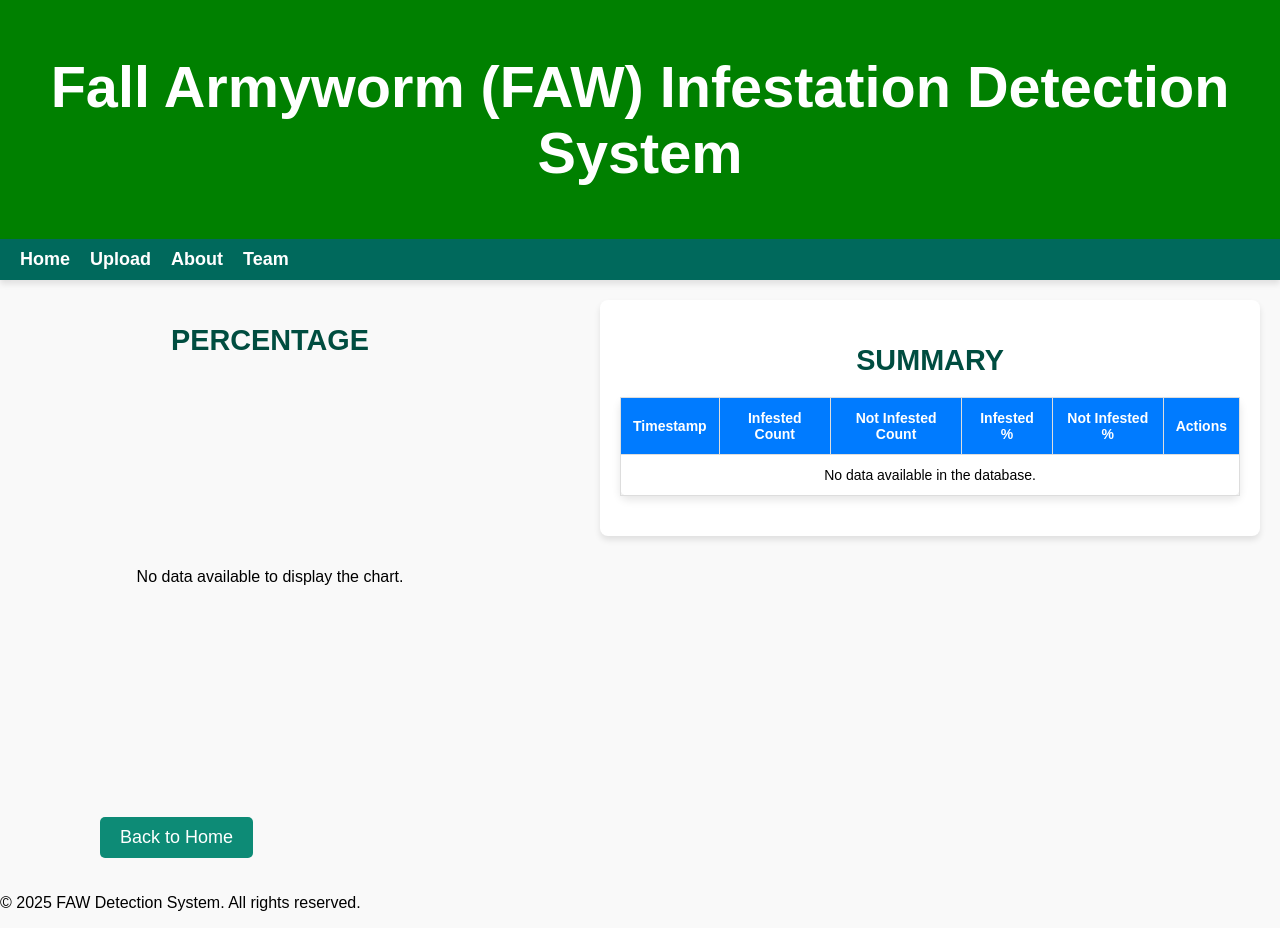
Repository: jansen223/faw-detection-main
Page: /summary
An editor plug-in stored every save of this project. The page is shown before and after the next save, followed by the edit.
The browser window is 1280 px wide. The pictures show the whole page.
The page's requests for data from a server got no answer. The project was rebuilt for these pictures with package versions that can differ from the ones it lists, and the page was loaded fresh each time. No one was signed in, and anything a server would have sent is missing. Also part of the build but not shown: src/pages/Home.css, src/pages/Home.js, src/pages/About.css, src/pages/About.js, src/pages/Team.css, src/pages/Team.js, src/pages/UploadAndDetect.js.

Above is the page before, as saved 2025-04-29 20:14:21.

### public/index.html
<!DOCTYPE html>
<html lang="en">
<head>
  <meta charset="utf-8" />
  <link rel="icon" href="%PUBLIC_URL%/maize_icon.jpg" />
  <meta name="viewport" content="width=device-width, initial-scale=1" />
  <meta name="theme-color" content="#000000" />
  <meta name="description" content="FAW Detection Web Interface" />
  <title>FAW Detection</title>
</head>
<body>
  <noscript>You need to enable JavaScript to run this app.</noscript>
  <div id="root"></div>
</body>
</html>

### src/App.js
import React, { useRef } from 'react';
import { BrowserRouter as Router, Routes, Route, Link } from 'react-router-dom';
import Home from './pages/Home';
import About from './pages/About';
import Team from './pages/Team';
import Summary from './pages/Summary';
import UploadAndDetect from './pages/UploadAndDetect';
import './App.css';

function App() {
  const canvasRef = useRef(null);
  const [counts, setCounts] = React.useState({ infested: 0, notInfested: 0 });

  const resetCounts = async () => {
    try {
      const response = await fetch('http://localhost:5000/reset_counts', {
        method: 'POST',
      });
      const data = await response.json();
      if (data.message) {
        setCounts({ infested: 0, notInfested: 0 });
        alert(data.message);
      }
    } catch (error) {
      console.error('Error resetting counts:', error);
    }
  };

  return (
    <Router>
      <div className="App">
        <header className="App-header">
          <h1>Fall Armyworm (FAW) Infestation Detection System</h1>
        </header>
        <nav className="App-navbar">
          <ul>
            <li><Link to="/">Home</Link></li>
            <li><Link to="/upload-and-detect">Upload</Link></li> {/* New button */}
            <li><Link to="/about">About</Link></li>
            <li><Link to="/team">Team</Link></li>
          </ul>
        </nav>
        <Routes>
          <Route path="/" element={<Home canvasRef={canvasRef} counts={counts} resetCounts={resetCounts} />} />
          <Route path="/upload-and-detect" element={<UploadAndDetect />} /> {/* New route */}
          <Route path="/about" element={<About />} />
          <Route path="/team" element={<Team />} />
          <Route path="/summary" element={<Summary />} />
        </Routes>
        <footer className="App-footer">
          <p>&copy; 2025 FAW Detection System. All rights reserved.</p>
        </footer>
      </div>
    </Router>
  );
}

export default App;

### src/pages/Summary.js
import React, { useEffect, useState } from 'react';
import { Pie } from 'react-chartjs-2';
import { Chart as ChartJS, ArcElement, Tooltip } from 'chart.js';
import ChartDataLabels from 'chartjs-plugin-datalabels';
import { useNavigate } from 'react-router-dom';
import './Summary.css';

// Register Chart.js components and the plugin
ChartJS.register(ArcElement, Tooltip, ChartDataLabels);

function SummaryAndPercentages() {
  const [summaries, setSummaries] = useState([]);
  const [percentages, setPercentages] = useState({ infested: 0, notInfested: 0 });
  const navigate = useNavigate();

  useEffect(() => {
    // Fetch summaries from the backend
    fetch('http://192.168.254.113:5000/get_summaries')
      .then((response) => response.json())
      .then((data) => {
        console.log('Summaries (raw):', data); // Debugging
        const formattedSummaries = data
          .map((item) => {
            const total = item[2] + item[3]; // Total count (infested + not infested)
            const infestedPercentage = total > 0 ? ((item[2] / total) * 100).toFixed(2) : 0; // Calculate infested percentage
            const notInfestedPercentage = total > 0 ? ((item[3] / total) * 100).toFixed(2) : 0; // Calculate not infested percentage
            return {
              id: item[0],
              timestamp: item[1],
              infested_count: item[2],
              not_infested_count: item[3],
              infested_percentage: infestedPercentage,
              not_infested_percentage: notInfestedPercentage,
            };
          })
          .sort((a, b) => new Date(b.timestamp) - new Date(a.timestamp)); // Sort by timestamp (latest first)
        console.log('Summaries (formatted and sorted):', formattedSummaries); // Debugging
        setSummaries(formattedSummaries);
      })
      .catch((error) => console.error('Error fetching summaries:', error));
  }, []);

  useEffect(() => {
    // Fetch percentages from the backend
    fetch('http://192.168.254.113:5000/get_percentages')
      .then((response) => response.json())
      .then((data) => {
        console.log('Percentages:', data); // Debugging
        setPercentages({
          infested: parseFloat(data.infested_percentage.toFixed(4)) || 0,
          notInfested: parseFloat(data.not_infested_percentage.toFixed(4)) || 0,
        });
      })
      .catch((error) => console.error('Error fetching percentages:', error));
  }, []);

  const handleDelete = (id) => {
    if (window.confirm('Are you sure you want to delete this summary?')) {
      fetch(`http://192.168.254.113:5000/delete_summary/${id}`, {
        method: 'DELETE',
      })
        .then((response) => response.json())
        .then((data) => {
          console.log(data.message); // Debugging
          // Remove the deleted summary from the state
          setSummaries((prevSummaries) => prevSummaries.filter((summary) => summary.id !== id));
        })
        .catch((error) => console.error('Error deleting summary:', error));
    }
  };

  // Data for the pie chart
  const data = {
    labels: ['Infested', 'Not Infested'],
    datasets: [
      {
        data: [percentages.infested || 0, percentages.notInfested || 0],
        backgroundColor: ['#ffcccb', '#c8e6c9'],
        borderColor: ['#b71c1c', '#1b5e20'],
        borderWidth: 1,
      },
    ],
  };

  // Chart options to display labels on the chart
  const options = {
    plugins: {
      legend: {
        display: false, // Disable the legend
      },
      tooltip: {
        callbacks: {
          label: (tooltipItem) => `${tooltipItem.label}: ${tooltipItem.raw}%`,
        },
      },
      datalabels: {
        color: '#000', // Label color
        font: {
          size: 14, // Font size
          weight: 'bold',
        },
        formatter: (value, context) => {
          const label = context.chart.data.labels[context.dataIndex];
          return `${label}: ${value}%`; // Format the label
        },
      },
    },
  };

  return (
    <div>
      <div className="summary-and-percentages-container">
        <div className="chart-section">
          <h2>PERCENTAGE</h2>
          <div className="chart-wrapper">
            {percentages.infested + percentages.notInfested > 0 ? (
              <Pie data={data} options={options} />
            ) : (
              <p>No data available to display the chart.</p>
            )}
          </div>
        </div>
        <div className="summary-section">
          <h2>SUMMARY</h2>
          <table className="summary-table">
            <thead>
              <tr>
                <th>Timestamp</th>
                <th>Infested Count</th>
                <th>Not Infested Count</th>
                <th>Infested %</th>
                <th>Not Infested %</th>
                <th>Actions</th>
              </tr>
            </thead>
            <tbody>
              {summaries.length > 0 ? (
                summaries.map((summary) => (
                  <tr key={summary.id}>
                    <td>{summary.timestamp}</td>
                    <td>{summary.infested_count}</td>
                    <td>{summary.not_infested_count}</td>
                    <td>{summary.infested_percentage}%</td>
                    <td>{summary.not_infested_percentage}%</td>
                    <td>
                      <button
                        onClick={() => handleDelete(summary.id)}
                        className="delete-button"
                      >
                        Delete
                      </button>
                    </td>
                  </tr>
                ))
              ) : (
                <tr>
                  <td colSpan="6">No data available in the database.</td>
                </tr>
              )}
            </tbody>
          </table>
        </div>
      </div>
      <button onClick={() => navigate('/')} className="back-button">
        Back to Home
      </button>
    </div>
  );
}

export default SummaryAndPercentages;

### src/App.css
html,
body {
  margin: 0;
  padding: 0;
  font-family: 'Arial', sans-serif; /* Use a clean, modern font */
  background-color: #f9f9f9; /* Light background for better readability */
}

.App {
  display: flex;
  flex-direction: column;
  min-height: 100vh;
}

.App-header {
  background-color: green;
  color: white;
  text-align: center;
  font-size: 1.8rem;
  font-weight: bold;
  padding: 15px 0;
}

.App-navbar {
  background-color: #00695c;
  color: white;
  padding: 10px 20px;
  display: flex;
  justify-content: left;
  align-items: center;
  box-shadow: 0 4px 6px rgba(0, 0, 0, 0.1);
}

.App-navbar ul {
  list-style: none;
  display: flex;
  gap: 20px;
  margin: 0;
  padding: 0;
}

.App-navbar li {
  display: inline;
}

.App-navbar a {
  color: white;
  text-decoration: none;
  font-weight: bold;
  font-size: 18px;
}

.App-navbar a:hover {
  text-decoration: underline;
}

### src/pages/Summary.css
.summary-and-percentages-container {
  display: flex;
  flex-wrap: wrap;
  justify-content: center;
  align-items: flex-start;
  width: 100%;
  padding: 20px;
  box-sizing: border-box;
  gap: 80px;
}

.chart-section {
  flex: 1;
  max-width: 500px;
  text-align: center;
  display: flex;
  flex-direction: column;
  align-items: center;
  justify-content: center;
}

.chart-wrapper {
  width: 400px;
  height: 400px;
  display: flex;
  align-items: center;
  justify-content: center;
}

.chart-wrapper canvas {
  width: 100% !important;
  height: 100% !important;
  aspect-ratio: 1 / 1;
}

.chart-section h2 {
  font-size: 1.8rem;
  margin-bottom: 20px;
  color: #004d40;
}

.summary-section {
  flex: 1;
  max-width: 700px;
  padding: 20px;
  box-shadow: 0 4px 6px rgba(0, 0, 0, 0.1);
  background-color: #ffffff;
  border-radius: 8px;
}

.summary-section h2 {
  font-size: 1.8rem;
  margin-bottom: 20px;
  color: #004d40;
  text-align: center;
}

.summary-table {
  width: 100%;
  border-collapse: collapse;
  margin-top: 20px;
}

.summary-table th, .summary-table td {
  border: 1px solid #ddd;
  padding: 10px;
  text-align: center;
  font-size: 1rem;
}

.summary-table th {
  background-color: #0d8b76;
  color: white;
}

.summary-table tr:nth-child(even) {
  background-color: #f2f2f2;
}

.back-button {
  margin: 20px 0 20px 100px;
  margin-top: 20px;
  padding: 10px 20px;
  background-color: #0d8b76;
  color: white;
  border: none;
  border-radius: 5px;
  cursor: pointer;
  font-size: 18px;
  transition: background-color 0.3s ease;
}

.back-button:hover {
  background-color: #004d40;
}

.delete-button {
  padding: 5px 10px;
  background-color: #d83939;
  color: white;
  border: none;
  border-radius: 3px;
  cursor: pointer;
  font-size: 0.9rem;
  transition: background-color 0.3s ease;
}

.delete-button:hover {
  background-color: #b71c1c;
}

### src/pages/UploadAndDetect.css
.upload-and-detect {
  padding: 20px;
  text-align: center;
}

/* Dropzone Styling */
.dropzone {
    border: 2px dashed green;
    border-radius: 8px;
    padding: 20px;
    text-align: center;
    cursor: pointer;
    margin-bottom: 20px;
    background-color: #eaf4ff;
    transition: background-color 0.3s ease;
  }

  .dropzone:hover {
    background-color: #d4e9ff;
  }

  .dropzone p {
    font-size: 16px;
    color: green;
    margin: 0;
  }

  /* Map Container Styling */
  .map-container {
    margin-top: 20px;
    border: 1px solid #ddd;
    border-radius: 8px;
    overflow: hidden;
    background-color: #fff;
  }

  .leaflet-container {
    height: 800px;
    width: 100%;
  }

  /* Image Gallery Styling */
  .image-gallery {
    display: flex;
    flex-wrap: wrap;
    gap: 20px;
    margin: 20px 0;
    justify-content: center;
  }

  .image-item {
    border: 1px solid #ddd;
    border-radius: 8px;
    padding: 10px;
    text-align: center;
    width: 300px;
    cursor: pointer;
    background-color: #fff;
    transition: transform 0.3s ease, box-shadow 0.3s ease;
  }

  .image-item:hover {
    transform: translateY(-5px);
    box-shadow: 0 4px 8px rgba(0, 0, 0, 0.2);
  }

  .image-item img {
    max-width: 100%;
    height: auto;
    border-radius: 8px;
  }

  .image-item.selected {
    border: 2px solid #007bff;
    box-shadow: 0 4px 8px rgba(0, 0, 0, 0.1);
  }

  .image-item h4 {
    margin: 10px 0 5px;
    font-size: 18px;
    color: #333;
  }

  .image-item p {
    margin: 5px 0;
    font-size: 14px;
    color: #555;
  }

  /* Modal Styling */
  .modal {
    position: fixed;
    top: 0;
    left: 0;
    width: 100%;
    height: 100%;
    background: rgba(0, 0, 0, 0.8);
    display: flex;
    justify-content: center;
    align-items: center;
    z-index: 1000;
  }

  .modal-content {
    background: #fff;
    padding: 20px;
    border-radius: 8px;
    max-width: 90%;
    max-height: 90%;
    overflow: auto;
    box-shadow: 0 4px 8px rgba(0, 0, 0, 0.2);
  }

  .modal-content img {
    max-width: 100%;
    height: auto;
    border-radius: 8px;
  }

  /* Loading Overlay Styling */
  .loading-overlay {
    position: fixed;
    top: 0;
    left: 0;
    width: 100%;
    height: 100%;
    background: rgba(255, 255, 255, 0.8);
    display: flex;
    flex-direction: column;
    justify-content: center;
    align-items: center;
    z-index: 1000;
  }

  .spinner {
    border: 8px solid #f3f3f3;
    border-top: 8px solid #007bff;
    border-radius: 50%;
    width: 50px;
    height: 50px;
    animation: spin 1s linear infinite;
  }

  @keyframes spin {
    0% {
      transform: rotate(0deg);
    }
    100% {
      transform: rotate(360deg);
    }
  }

  /* Summary Table Styling */
  .summary-table {
    margin: 20px 0;
    text-align: center;
    background-color: #fff;
    border-radius: 8px;
    padding: 20px;
    box-shadow: 0 4px 8px rgba(0, 0, 0, 0.1);
  }

  .summary-table h2 {
    margin-bottom: 20px;
    font-size: 24px;
    color: #333;
  }

  .summary-table table {
    width: 100%;
    border-collapse: collapse;
    margin: 20px 0;
  }

  .summary-table th, .summary-table td {
    border: 1px solid #ddd;
    padding: 12px;
    font-size: 14px;
  }

  .summary-table th {
    background-color: #007bff;
    color: #fff;
    font-weight: bold;
  }

  .summary-table tr:hover {
    background-color: #f9f9f9;
  }

  .summary-table button {
    background-color: #ff4d4d;
    color: #fff;
    border: none;
    padding: 8px 12px;
    border-radius: 4px;
    cursor: pointer;
    transition: background-color 0.3s ease;
  }

  .summary-table button:hover {
    background-color: #e60000;
  }

Loaded but not shown: src/index.js (common file); src/index.css (common file); src/reportWebVitals.js (common file)

After the next save:
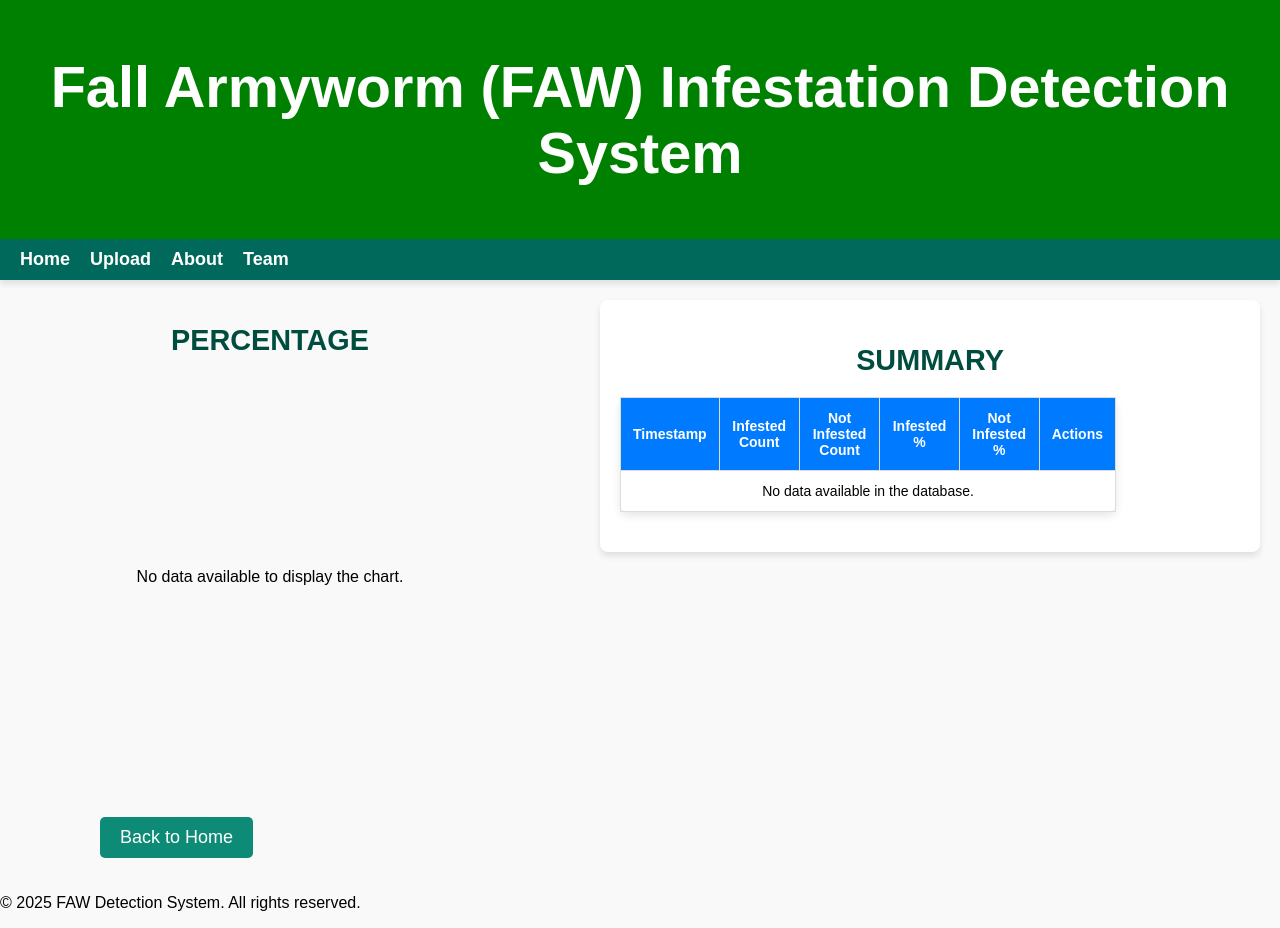
Saved 2 min 23 s later.
--- a/src/pages/Summary.css
+++ b/src/pages/Summary.css
@@ -56,9 +56,10 @@
 }
 
 .summary-table {
-  width: 100%;
+  width: 80%; /* Adjust the width to 80% of the container */
+  max-width: 1000px; /* Set a maximum width for the table */
+  margin: 20px auto; /* Center the table horizontally */
   border-collapse: collapse;
-  margin-top: 20px;
 }
 
 .summary-table th, .summary-table td {
@@ -108,3 +109,20 @@
 .delete-button:hover {
   background-color: #b71c1c;
 }
+.live-summary {
+  margin-bottom: 2rem;
+}
+
+.detection-cards {
+  display: flex;
+  gap: 1rem;
+}
+
+.card {
+  background: #f1f1f1;
+  padding: 1rem;
+  border-radius: 10px;
+  flex: 1;
+  text-align: center;
+  box-shadow: 0 2px 6px rgba(0, 0, 0, 0.1);
+}

After the 5 saves that followed:
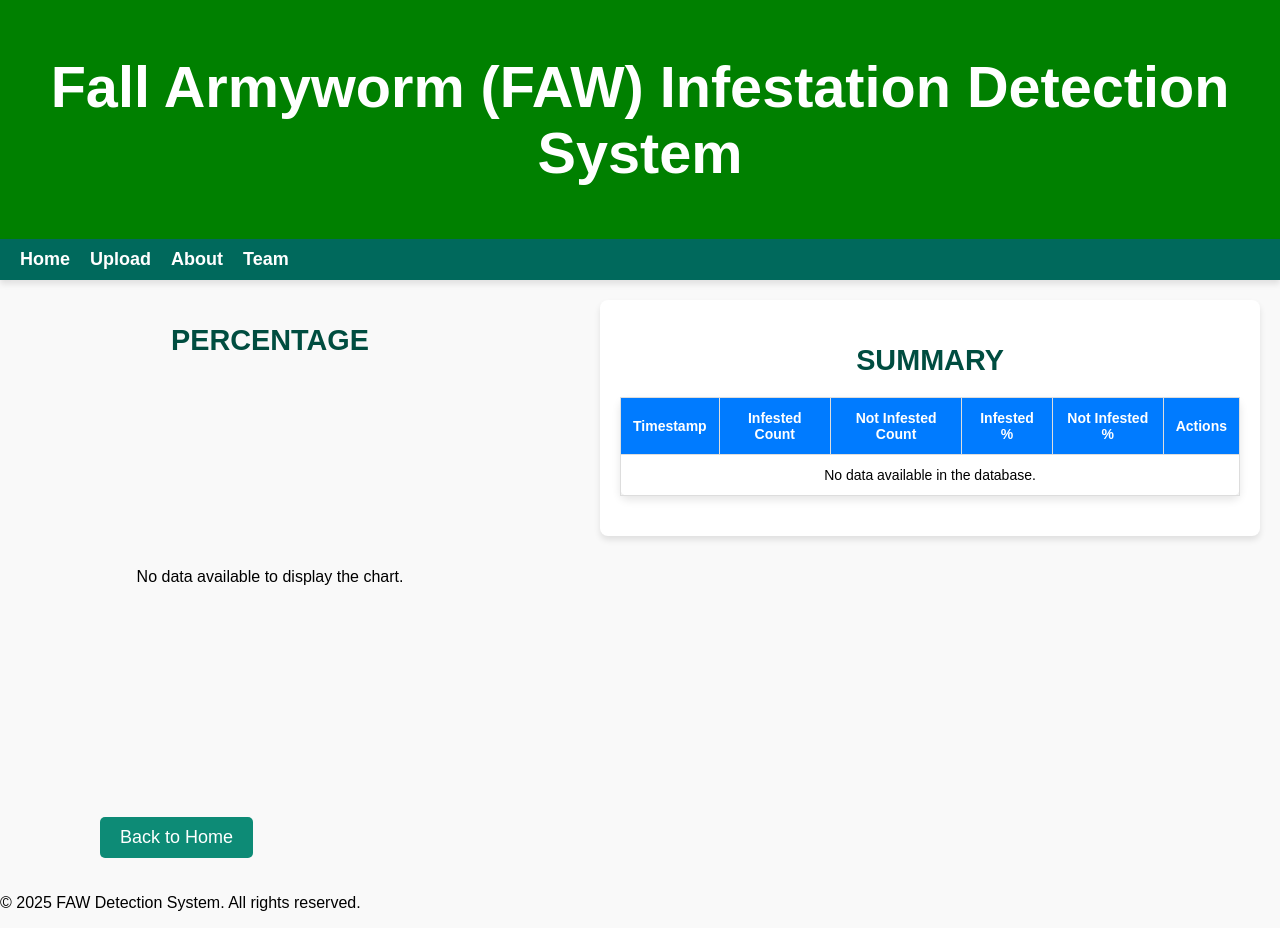
The 5 saves are shown as one change because 4 left the picture as it was.
The last was saved 9 min 29 s later.
--- a/src/pages/Summary.css
+++ b/src/pages/Summary.css
@@ -56,10 +56,9 @@
 }
 
 .summary-table {
-  width: 80%; /* Adjust the width to 80% of the container */
-  max-width: 1000px; /* Set a maximum width for the table */
-  margin: 20px auto; /* Center the table horizontally */
+  width: 100%;
   border-collapse: collapse;
+  margin-top: 20px;
 }
 
 .summary-table th, .summary-table td {
--- a/src/pages/UploadAndDetect.css
+++ b/src/pages/UploadAndDetect.css
@@ -150,8 +150,8 @@
     }
   }
 
-  /* Summary Table Styling */
   .summary-table {
+    justify-content: center;
     margin: 20px 0;
     text-align: center;
     background-color: #fff;
